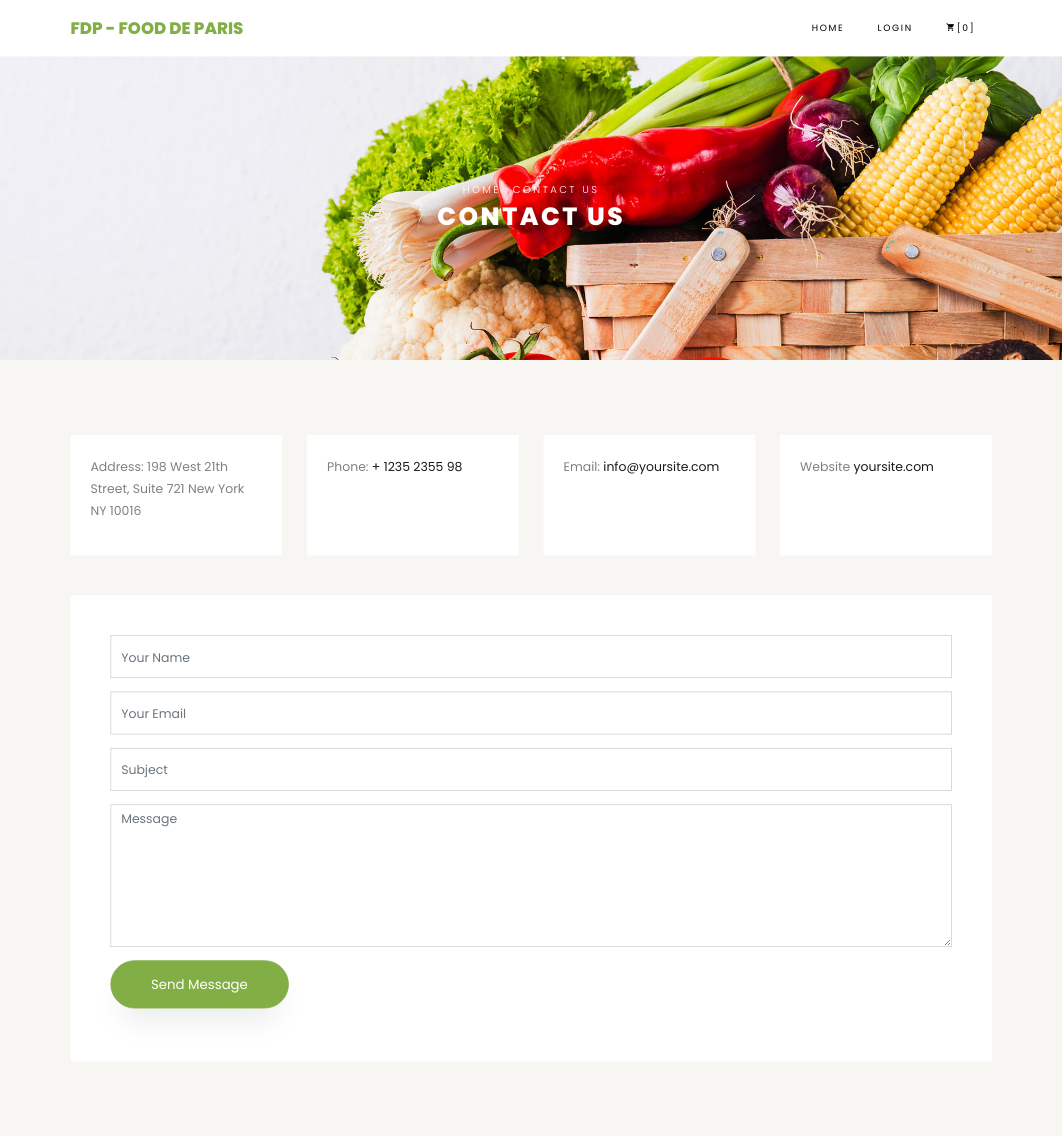
Repository: MacCampers/java-stuff
Page: workspaceJSP/projetRestaurant/WebContent/contact.html
An editor plug-in stored every save of this project. The page is shown before and after the next save, followed by the edit.
The browser window is 1280 px wide. The pictures show the whole page, at 83% of full size.
Some web fonts or font styles are not loaded; a fallback is used.

Above is the page before, as saved 2020-02-07 14:00:48.

After the next save:
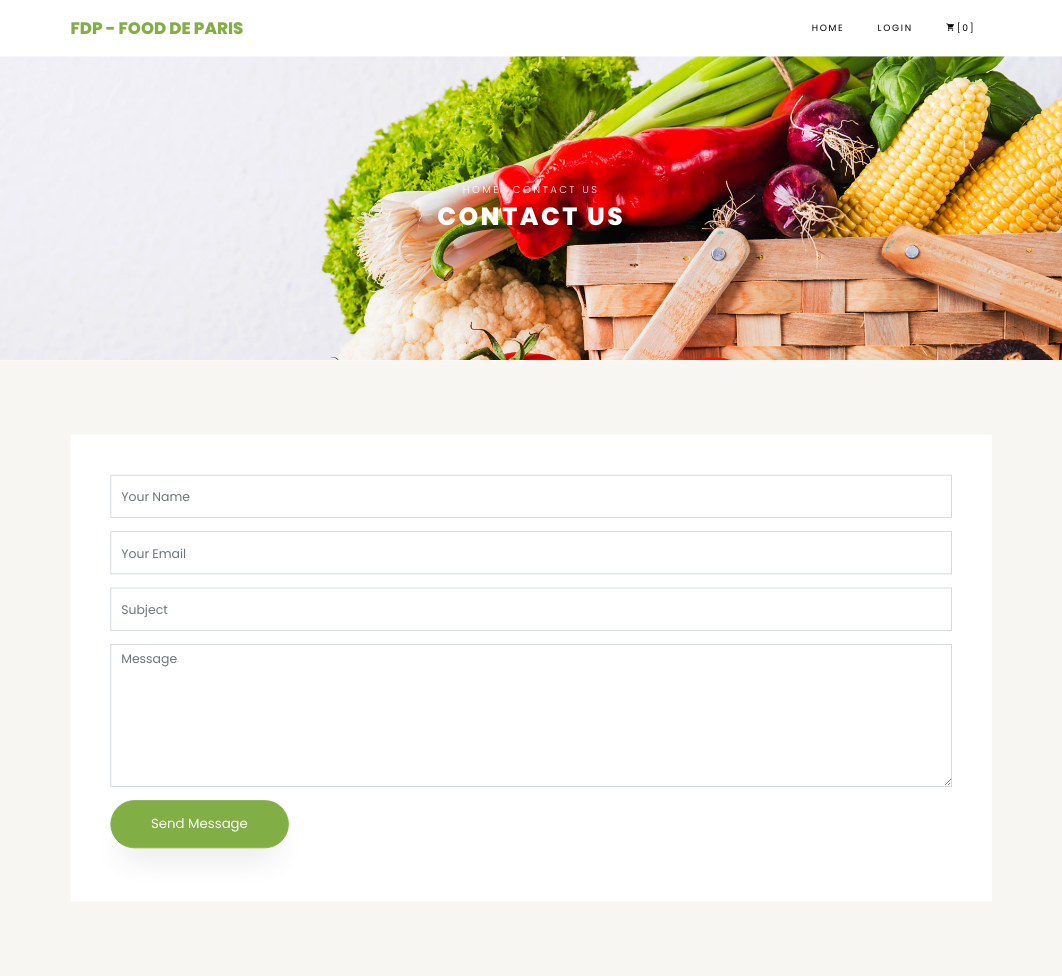
Saved 32 s later.
--- a/workspaceJSP/projetRestaurant/WebContent/contact.html
+++ b/workspaceJSP/projetRestaurant/WebContent/contact.html
@@ -76,29 +76,8 @@
 
     <section class="ftco-section contact-section bg-light">
       <div class="container">
-      	<div class="row d-flex mb-5 contact-info">
-          <div class="w-100"></div>
-          <div class="col-md-3 d-flex">
-          	<div class="info bg-white p-4">
-	            <p><span>Address:</span> 198 West 21th Street, Suite 721 New York NY 10016</p>
-	          </div>
-          </div>
-          <div class="col-md-3 d-flex">
-          	<div class="info bg-white p-4">
-	            <p><span>Phone:</span> <a href="tel://1234567920">+ 1235 2355 98</a></p>
-	          </div>
-          </div>
-          <div class="col-md-3 d-flex">
-          	<div class="info bg-white p-4">
-	            <p><span>Email:</span> <a href="mailto:info@yoursite.com">info@yoursite.com</a></p>
-	          </div>
-          </div>
-          <div class="col-md-3 d-flex">
-          	<div class="info bg-white p-4">
-	            <p><span>Website</span> <a href="#">yoursite.com</a></p>
-	          </div>
-          </div>
-        </div>
+
+
         <div class="row block-9">
           <div class="col-md-12 order-md-last d-flex">
             <form action="#" class="bg-white p-5 contact-form">
